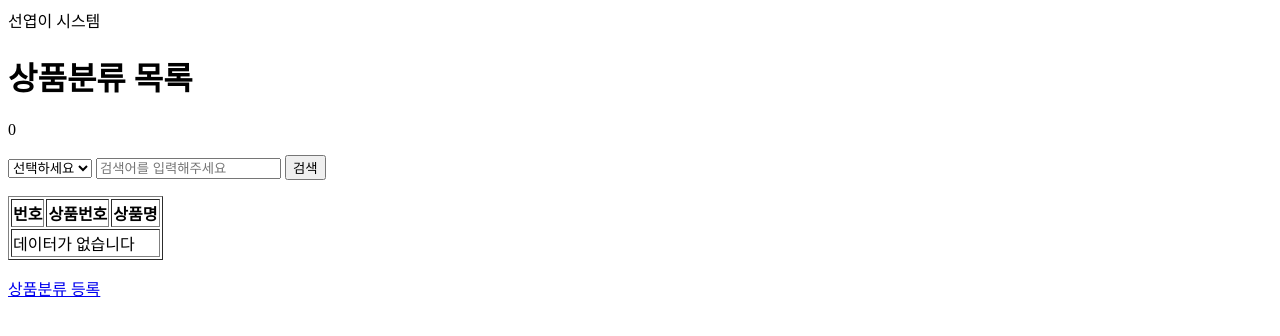
Repository: seonyeob94/BasicSpring2
Page: http://localhost/demo/WEB-INF/views/lprod/list.jsp
An editor plug-in stored every save of this project. The page is shown before and after the next save, followed by the edit.
The browser window is 1280 px wide. The pictures show the whole page.
The page is served by Tomcat 9. Nobody is signed in. The template is opened directly, without the code that normally fills it, so the values that code supplies are empty.

Above is the page before, as saved 2025-06-02 08:41:43.

After the next save:
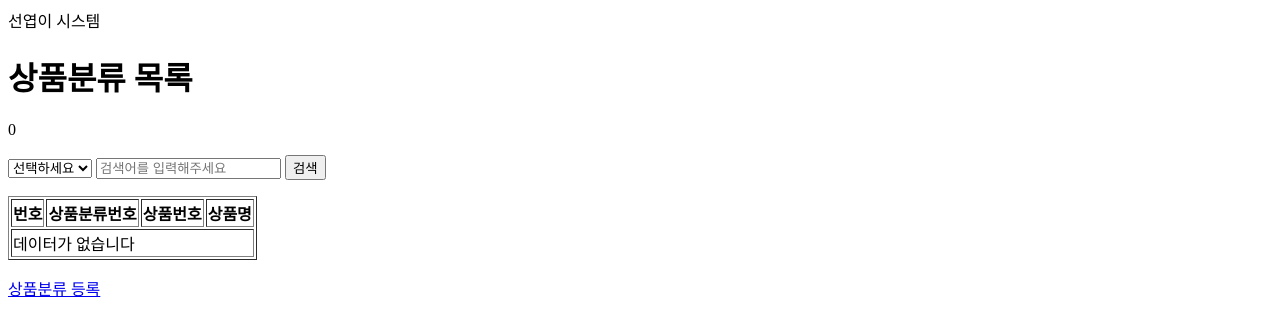
Saved 44 h 10 min later.
--- a/demo/src/main/webapp/WEB-INF/views/lprod/list.jsp
+++ b/demo/src/main/webapp/WEB-INF/views/lprod/list.jsp
@@ -36,6 +36,7 @@
 		<thead>
 			<tr>
 				<th>번호</th>
+				<th>상품분류번호</th>
 				<th>상품번호</th>
 				<th>상품명</th>
 			</tr>
